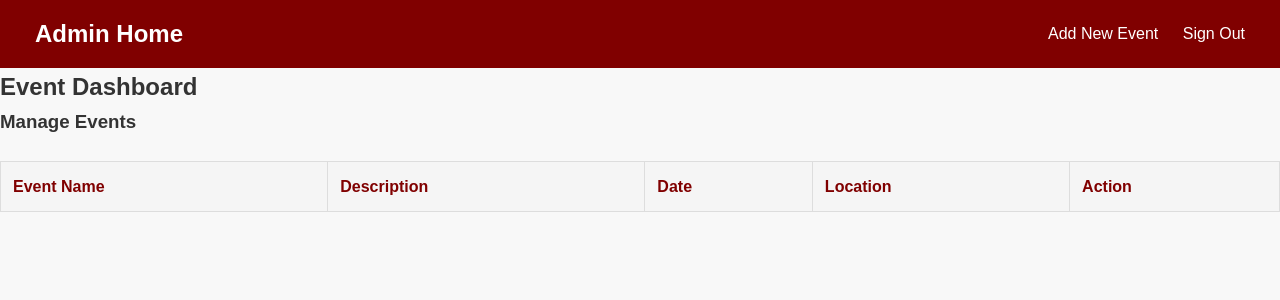
Repository: krypton-arch/College-Event-Management-System
Page: CollegeEvent/src/main/webapp/adminhome.html
The author's editor kept a copy of each file at every save. The page is drawn from the files as they stood at one save, then again after the next save.
The browser window is 1280 px wide. The pictures show the whole page.
The page's requests for data from a server got no answer.

Above is the page before, as saved 2025-01-14 18:33:07.

### CollegeEvent/src/main/webapp/adminhome.html
<!DOCTYPE html>
<html lang="en">
<head>
    <meta charset="UTF-8">
    <meta name="viewport" content="width=device-width, initial-scale=1.0">
    <title>Admin Home</title>
    <link rel="stylesheet" href="adminhome_css.css">
</head>
<body>
    <nav class="navbar">
        <h1>Admin Home</h1>
        <div class="nav-links">
            <a href="adminnew.html">Add New Event</a>
            <a href="login.html">Sign Out</a>
        </div>
    </nav>

    <main class="dashboard">
        <header>
            <h2>Event Dashboard</h2>
        </header>

        <section class="event-list">
            <h3>Manage Events</h3>
            <table>
                <thead>
                    <tr>
                        <th>Event Name</th>
                        <th>Description</th>
                        <th>Date</th>
                        <th>Location</th>
                        <th>Action</th>
                    </tr>
                </thead>
                <tbody id="event-list">
                    <!-- Events will be dynamically loaded here -->
                </tbody>
            </table>
        </section>
    </main>

    <div class="popup" id="popup" role="alertdialog" aria-labelledby="popup-title" aria-describedby="popup-message" style="display: none;">
        <span class="popup-close" onclick="closePopup()" role="button" aria-label="Close popup">&times;</span>
        <h2 id="popup-title">Notification</h2>
        <p id="popup-message">You have successfully deleted the event!</p>
    </div>

    <script>
        // Fetch events from the server
        async function loadEvents() {
            const response = await fetch('fetchEvents');
            const events = await response.json();

            const eventList = document.getElementById('event-list');
            eventList.innerHTML = '';

            events.forEach(event => {
                const row = document.createElement('tr');
                row.innerHTML = `
                    <td>${event.name}</td>
                    <td>${event.description}</td>
                    <td>${event.date}</td>
                    <td>${event.location}</td>
                    <td><button class="btn" onclick="deleteEvent('${event.id}')">Delete</button></td>
                `;
                eventList.appendChild(row);
            });
        }

        // Delete event
        async function deleteEvent(eventId) {
            try {
                const response = await fetch('deleteEvent', {
                    method: 'POST',
                    headers: {
                        'Content-Type': 'application/x-www-form-urlencoded',
                    },
                    body: new URLSearchParams({ eventId:'123' })
                });

                const result = await response.json();
                if (result.success) {
                    showPopup();
                    loadEvents();
                } else {
                    alert(result.message);
                }
            } catch (error) {
                alert('An error occurred: ' + error.message);
            }
        }

        // Show popup message
        function showPopup() {
            const popup = document.getElementById('popup');
            popup.style.display = 'block';
            setTimeout(closePopup, 3000); // Close popup after 3 seconds
        }

        // Close popup message
        function closePopup() {
            const popup = document.getElementById('popup');
            popup.style.display = 'none';
        }

        // Load events on page load
        document.addEventListener('DOMContentLoaded', loadEvents);
    </script>
</body>
</html>

### CollegeEvent/src/main/webapp/adminhome_css.css
@charset "ISO-8859-1";

* {
    box-sizing: border-box;
    margin: 0;
    padding: 0;
}

body {
    font-family: Arial, sans-serif;
    background-color: #f8f8f8; /* Light cream background */
    color: #333;
    line-height: 1.6;
}

/* Navbar */
.navbar {
    display: flex;
    justify-content: space-between;
    align-items: center;
    background-color: maroon;
    color: white;
    padding: 15px;
}

.navbar h1 {
    margin-left: 20px;
    font-size: 24px;
}

.nav-links {
    margin-right: 20px;
}

.nav-links a {
    color: white;
    text-decoration: none;
    margin-left: 20px;
    font-size: 16px;
}

.nav-links a:hover {
    text-decoration: underline;
}

/* Main Content */
.main-content {
    max-width: 800px;
    margin: 40px auto;
    background-color: #ffffff;
    padding: 20px;
    border-radius: 10px;
    box-shadow: 0 0 20px rgba(0, 0, 0, 0.1);
}

.h2{
	text-align: center;
    color: maroon;
    margin-bottom: 1.5rem;
    font-size: 1.6rem;
    font-weight: 500;
}

table {
    width: 100%;
    border-collapse: collapse;
    margin-top: 1.5rem;
    font-size: 1rem;
}

th, td {
    border: 1px solid #ddd;
    padding: 12px;
    text-align: left;
    transition: background-color 0.3s;
}

th {
    background-color: #f5f5f5;
    color: maroon;
    font-weight: 600;
}

tr:nth-child(even) {
    background-color: #f9f9f9;
}

td {
    color: #555; /* Slightly lighter text for cells */
}

td button {
    background-color: maroon;
    color: white;
    border: none;
    padding: 8px 12px;
    border-radius: 5px;
    cursor: pointer;
    font-size: 0.9rem;
    transition: background-color 0.3s;
}

td button:hover {
    background-color: maroon; /* Slightly lighter maroon */
}

/* Form Section */
.form-section {
    text-align: center;
}

.form-section h2 {
    color: maroon;
    font-size: 28px;
    margin-bottom: 20px;
}

.form-group {
    margin-bottom: 15px;
    text-align: left;
}

.form-group label {
    display: block;
    font-weight: bold;
    margin-bottom: 5px;
    color: maroon;
}

.form-group input,
.form-group textarea {
    width: 100%;
    padding: 10px;
    font-size: 14px;
    border: 1px solid #ccc;
    border-radius: 5px;
    background-color: #f9f9f9;
}

.form-group input:focus,
.form-group textarea:focus {
    outline: none;
    border-color: maroon;
    box-shadow: 0 0 5px rgba(128, 0, 0, 0.3);
}

/* Submit Button */
.btn {
    display: inline-block;
    padding: 10px 20px;
    font-size: 16px;
    font-weight: bold;
    background-color: maroon;
    color: white;
    border: none;
    border-radius: 5px;
    cursor: pointer;
    transition: background-color 0.3s;
}

.btn:hover {
    background-color: rgb(128, 0, 0);
}

/* Popup Styles */
.popup {
    display: none;
    position: fixed;
    left: 50%;
    top: 50%;
    transform: translate(-50%, -50%);
    background-color: white;
    padding: 20px;
    border: 1px solid #ccc;
    border-radius: 10px;
    box-shadow: 0 0 20px rgba(0, 0, 0, 0.2);
    z-index: 1000;
    width: 300px;
    text-align: center;
}

.popup p {
    font-size: 14px;
    margin: 15px 0;
}

.popup button {
    padding: 10px 20px;
    background-color: maroon;
    color: white;
    border: none;
    border-radius: 5px;
    cursor: pointer;
}

.popup button:hover {
    background-color: rgb(128, 0, 0);
}

/* Responsive Design */
@media (max-width: 600px) {
    .main-content {
        padding: 15px;
    }

    .navbar h1 {
        font-size: 20px;
    }

    .nav-links a {
        font-size: 14px;
    }
}

After the next save:
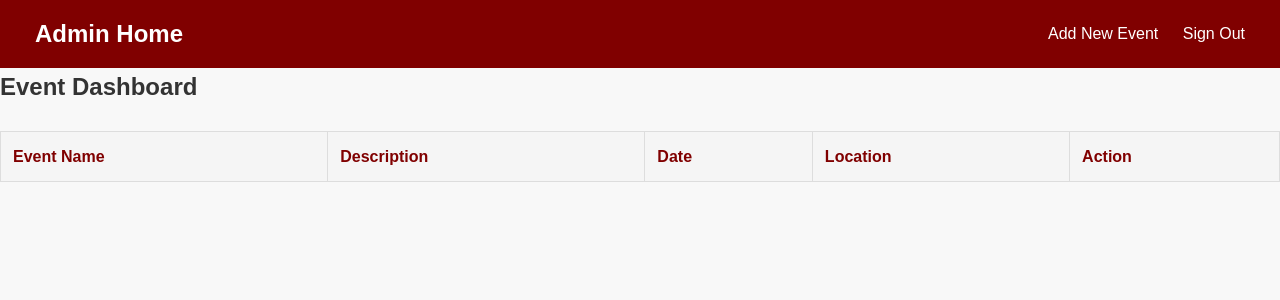
Saved 15 s later.
--- a/CollegeEvent/src/main/webapp/adminhome.html
+++ b/CollegeEvent/src/main/webapp/adminhome.html
@@ -21,7 +21,6 @@
         </header>
 
         <section class="event-list">
-            <h3>Manage Events</h3>
             <table>
                 <thead>
                     <tr>
